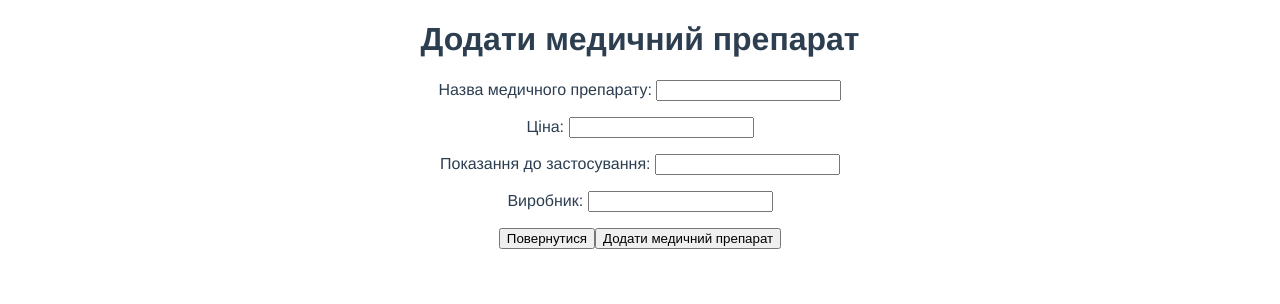
Repository: kristinap8/pharmacy
Page: /add_medicine
These files come from the project's save history. The page is drawn as it stood at one moment and after the next save; the edit follows.
The browser window is 1280 px wide. The pictures show the whole page.
The project was rebuilt for these pictures with package versions that can differ from the ones it lists, and the page was loaded fresh each time. Also part of the build but not shown: src/components/EditMedicineForm/index.vue, src/pages/EditMedicine/index.vue, src/components/MedicinesList/MedicineCard/index.vue, src/components/MedicinesList/index.vue, src/pages/AllMedicines/index.vue, src/components/CartForm/index.vue, src/pages/Cart/index.vue.

Above is the page before, as saved 2020-12-09 23:23:16.

After the next save:
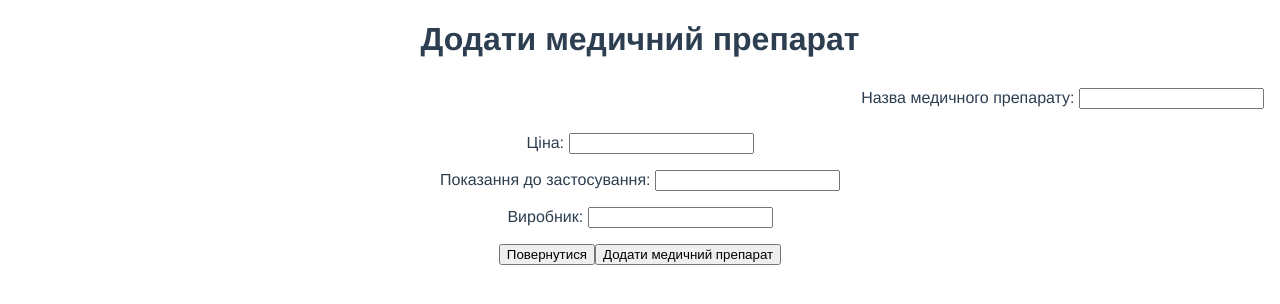
Saved 4 min 15 s later.
--- a/src/components/AddMedicineForm/index.vue
+++ b/src/components/AddMedicineForm/index.vue
@@ -1,8 +1,8 @@
 <template>
     <div class="form">
         <h1>Додати медичний препарат</h1>
-      <p>
-    <label class="form">
+      <p class="form-row">
+    <label>
         Назва медичного препарату:
         <input type="text" v-model="name"/>
     </label>
@@ -67,4 +67,9 @@ import { mapActions } from 'vuex'
 .form{
     text-align: center;
 }
+.form-row {
+  display: flex;
+  justify-content: flex-end;
+  padding: .5em;
+}
 </style>
